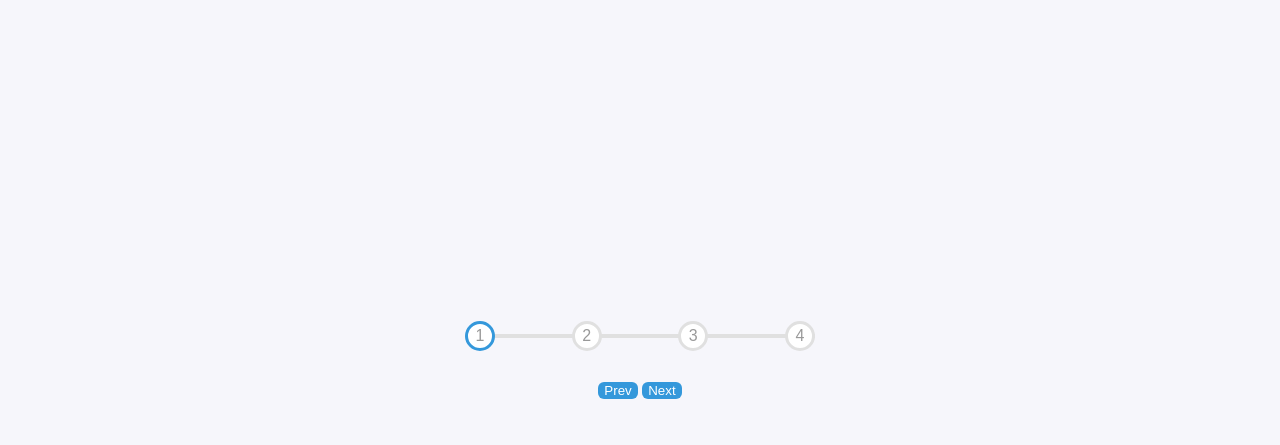
Repository: thecoachanna/progress-step-bar
Page: index.html
These files come from the project's save history. The page is drawn as it stood at one moment and after a run of saves; the edit follows.
The browser window is 1280 px wide. The pictures show the whole page.
Some web fonts or font styles are not loaded; a fallback is used.

Above is the page before, as saved 2023-02-15 16:15:03.

### index.html
<!DOCTYPE html>
<html lang="en">
<head>
    <meta charset="UTF-8">
    <meta http-equiv="X-UA-Compatible" content="IE=edge">
    <meta name="viewport" content="width=device-width, initial-scale=1.0">
    <link rel="stylesheet" href="style.css">
    <title>Progress Steps</title>
</head>
<body>
    <div class="container">
        <div class="progress-container">
            <div class="progress" id="progress"></div>
            <div class="circle active">1</div>
            <div class="circle">2</div>
            <div class="circle">3</div>
            <div class="circle">4</div>
        </div>
        <button class="btn" id="prev" disabled>Prev</button>
        <button class="btn" id="next">Next</button>
    </div>


    <script src="script.js"></script>
</body>
</html>

### style.css
@import url('https://fonts.googleapis.com/css?family=Muli&display=swap');

:root {
    --line-border-fill: #3498db;
    --line-border-empty: #e0e0e0;
}


* {
    box-sizing: border-box;
}

body {
    background-color: #f6f6fb;
    font-family: 'Muli', sans-serif;
    display: flex;
    align-items: center;
    justify-content: center;
    height: 100vh;
    overflow: hidden;
    margin: 0;
}

.container {
    text-align: center;
}

.progress {
    background-color: var(--line-border-fill);
    position: absolute;
    top: 50%;
    left: 0;
    transform: translateY(-50%);
    height: 4px;
    width: 0%;
    z-index: -1;
    transition: 0.4s ease;
}

.progress-container {
    display: flex;
    justify-content: space-between;
    position: relative;
    margin-bottom: 30px;
    max-width: 100%;
    width: 350px;
}

.progress-container::before {
    content: '';
    background-color: var(--line-border-empty);
    position: absolute;
    top: 50%;
    left: 0;
    transform: translateY(-50%);
    height: 4px;
    width: 100%;
    z-index: -1;
}

.circle {
    background-color: white;
    color: #999;
    border-radius: 50%;
    height: 30px;
    width: 30px;
    display: flex;
    align-items: center;
    justify-content: center;
    border: 3px solid var(--line-border-empty);
    transition: .4s ease;
}

.circle.active {
    border-color: var(--line-border-fill);
}

.btn {
    background-color: var(--line-border-fill);
    color: white;
    border: 0;
    border-radius: 6px;
    cursor: pointer;
    font-family: inherit;
    padding: ;
}

Loaded but not shown: script.js (no copy from this time; the picture is the same without it)

After the next 4 saves:
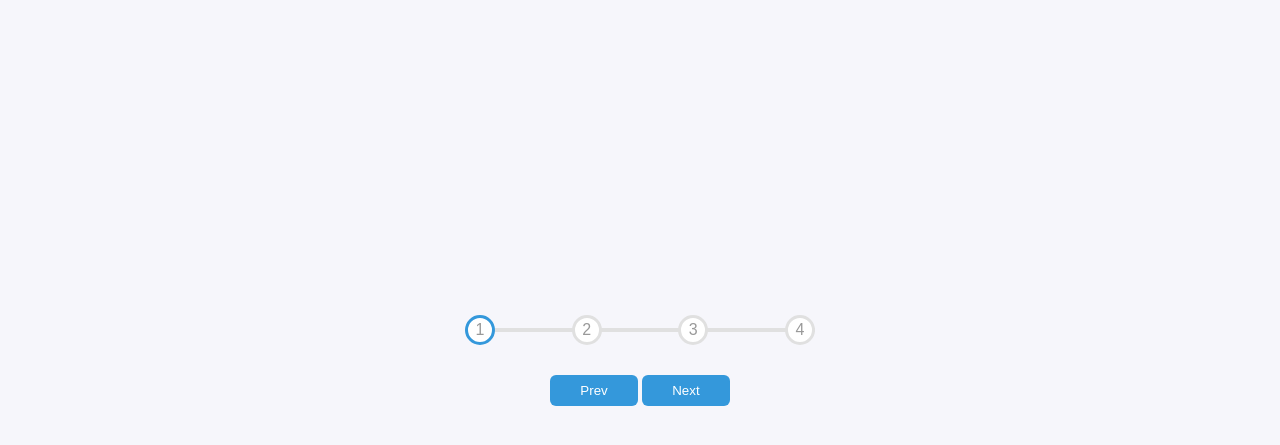
The 4 saves are shown as one change because they came seconds apart.
The last was saved 15 s later.
--- a/style.css
+++ b/style.css
@@ -82,5 +82,6 @@ body {
     border-radius: 6px;
     cursor: pointer;
     font-family: inherit;
-    padding: ;
+    padding: 8px 30px;
+    margin: ;
 }
